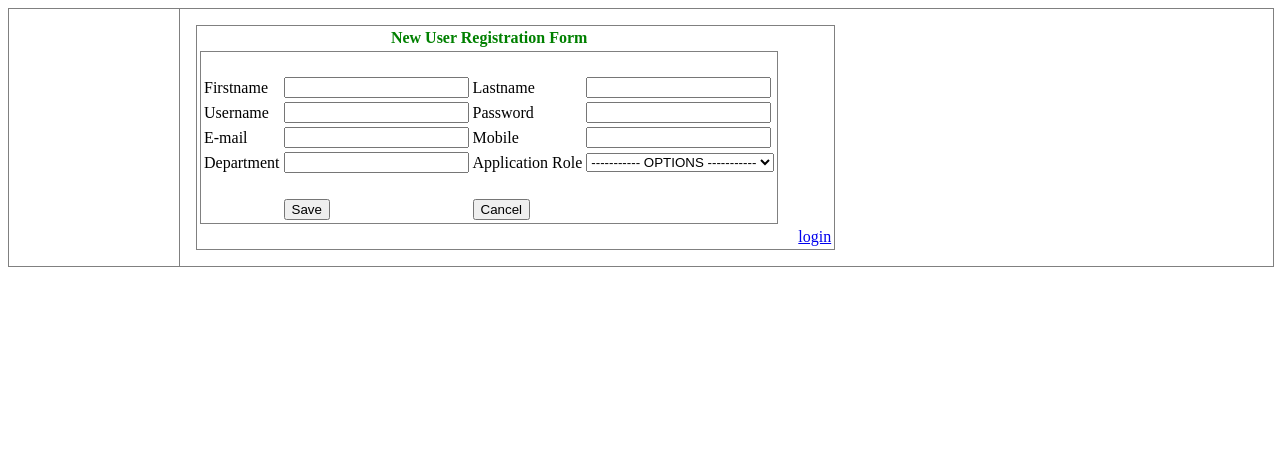
Repository: guribrar/enrolmentapp
Page: http://localhost/enrolmentapp/newuser.jsp
An editor plug-in stored every save of this project. The page is shown before and after the next save, followed by the edit.
The browser window is 1280 px wide. The pictures show the whole page.
The page is served by Tomcat 9. Queries for data that is not in the repository find no rows.

Above is the page before, as saved 2016-12-31 17:10:43.

After the next save:
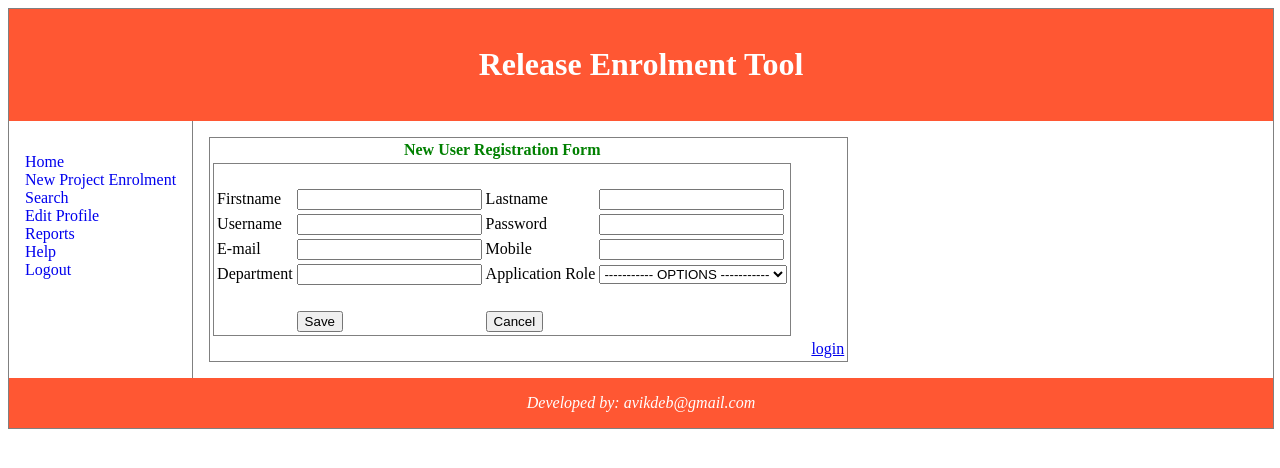
Saved 99 s later.
--- a/enrolmentapp/WebContent/newuser.jsp
+++ b/enrolmentapp/WebContent/newuser.jsp
@@ -15,8 +15,28 @@
 <link rel="stylesheet" type="text/css" href="css/style.css">
 <title>New User Registration</title>
 </head>
+
 <body>
+
 <div class="container">
+
+<header>
+   <h1>Release Enrolment Tool</h1>
+</header>
+
+<nav>
+  <ul>
+    <li><a href="testlogin.jsp">Home</a></li>
+    <li><a href="underconstruction.jsp">New Project Enrolment</a></li>
+    <li><a href="underconstruction.jsp">Search</a></li>
+    <li><a href="underconstruction.jsp">Edit Profile</a></li>
+    <li><a href="underconstruction.jsp">Reports</a></li>
+    <li><a href="underconstruction.jsp">Help</a></li>
+    <li><a href="login.jsp">Logout</a></li>
+  </ul>
+</nav>
+
+
 <article>
 <table frame="box">
 	<tr>
@@ -86,7 +106,11 @@
 		<td><a href="login.jsp">login</a></td>
 	</tr>
 </table>
+
 </article>
+
+<footer><i>Developed by: avikdeb@gmail.com</i></footer>
+
 </div>
 
 
